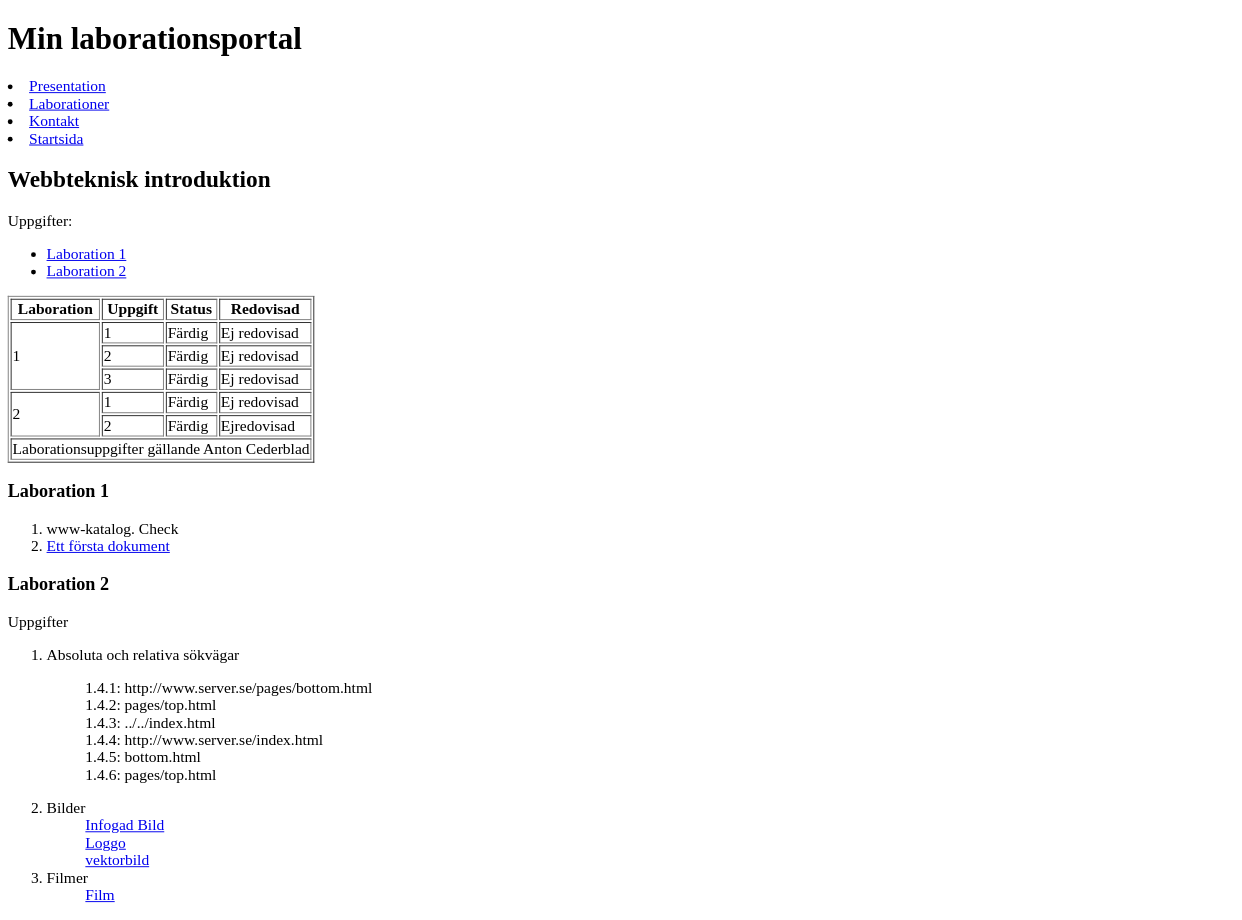
Repository: ac222jv/1IK415-Laborationer
Page: Pages/Laborationer.html
The author's editor kept a record of every edit. The page is drawn from the files as they stood at one moment, then again after the next edit.
The browser window is 1280 px wide. The pictures show the whole page, at 97% of full size.

Above is the page before.

After the next edit:
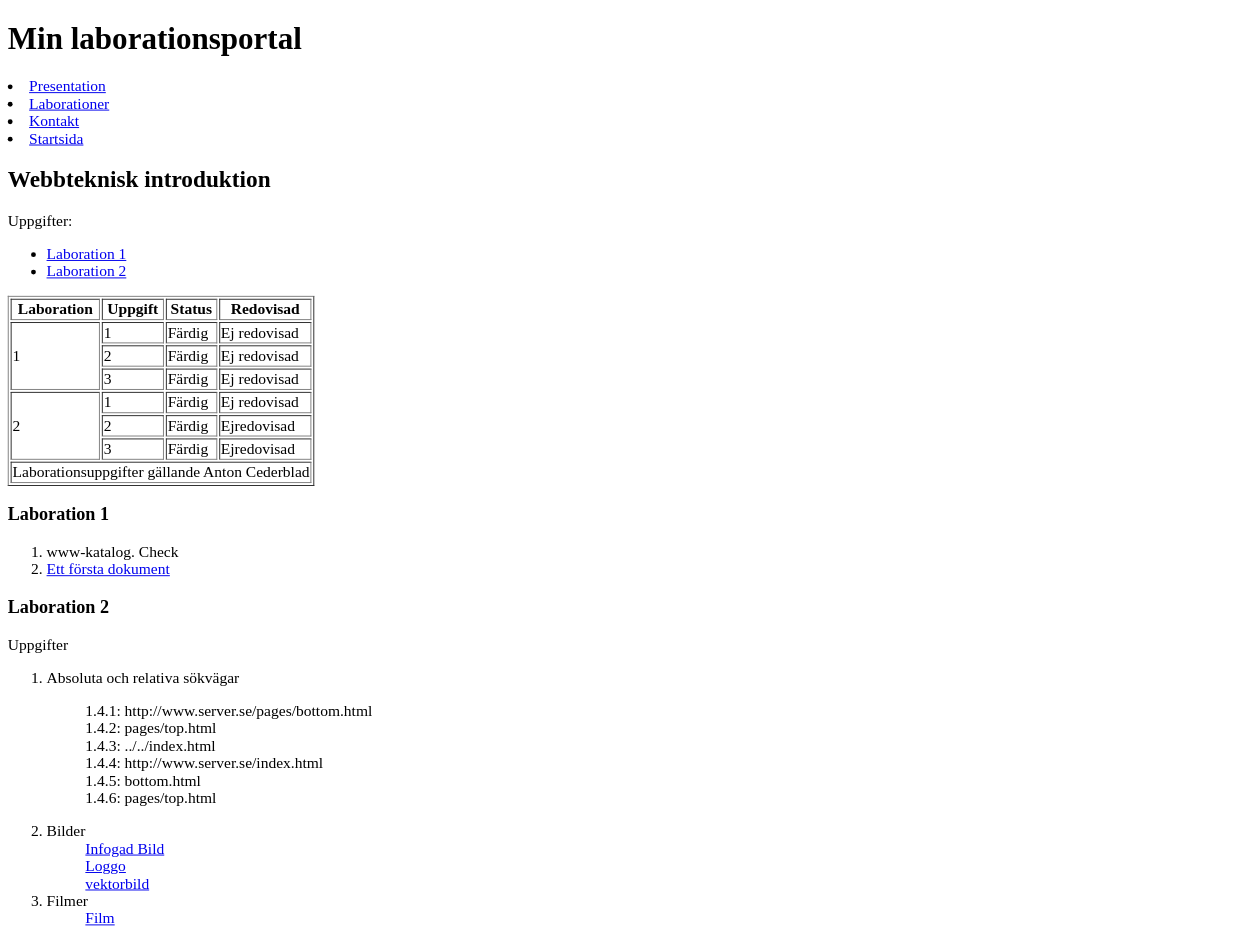
The edit:
--- a/Pages/Laborationer.html
+++ b/Pages/Laborationer.html
@@ -109,6 +109,11 @@
             <td>Färdig</td>
             <td>Ejredovisad</td>
         </tr>
+         <tr>
+            <td>3</td>
+            <td>Färdig</td>
+            <td>Ejredovisad</td>
+        </tr>
 
          </tbody>
 
